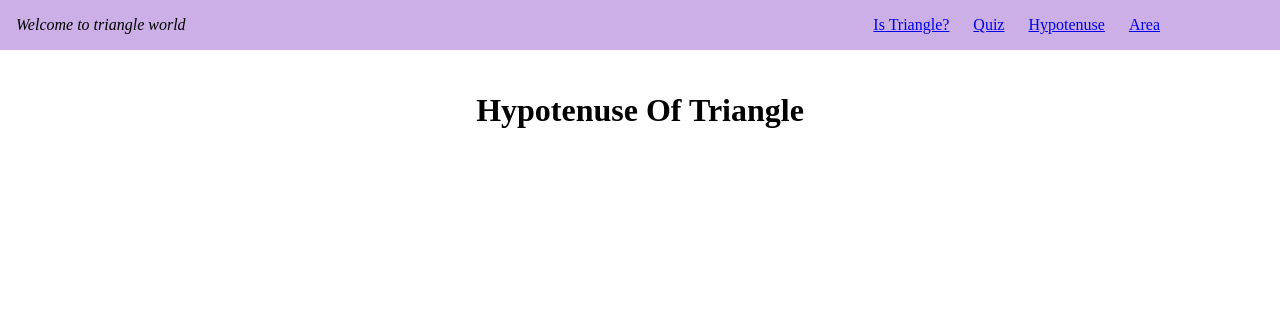
Repository: patelamancode/Fun-with-trianles
Page: hypotenuse.html
These files come from the project's save history. The page is drawn as it stood at one moment and after the next save; the edit follows.
The browser window is 1280 px wide. The pictures show the whole page.

Above is the page before, as saved 2022-11-29 01:44:26.
Console error: TypeError: Cannot read properties of null (reading 'addEventListener')

After the next save:
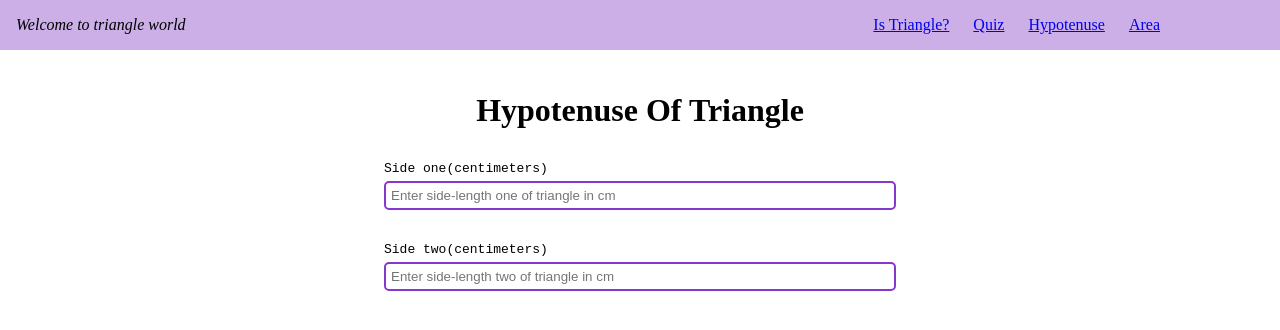
The error is gone.
Saved 5 min 50 s later.
--- a/hypotenuse.html
+++ b/hypotenuse.html
@@ -19,8 +19,11 @@
     </nav>
     <div id="main-container">
         <h1>Hypotenuse Of Triangle</h1>
-        <label for="side-one"></label>
+        <label for="side-one">Side one(centimeters)</label>
+        <input type="number" id="side-input-one" placeholder="Enter side-length one of triangle in cm" />
+        <label for="side-two">Side two(centimeters)</label>
+        <input type="number" id="side-input-two" placeholder="Enter side-length two of triangle in cm" />
     </div>
-    <script src="index.js"></script>
+    <script src="hypotenuse.js"></script>
 </body>
 </html>
